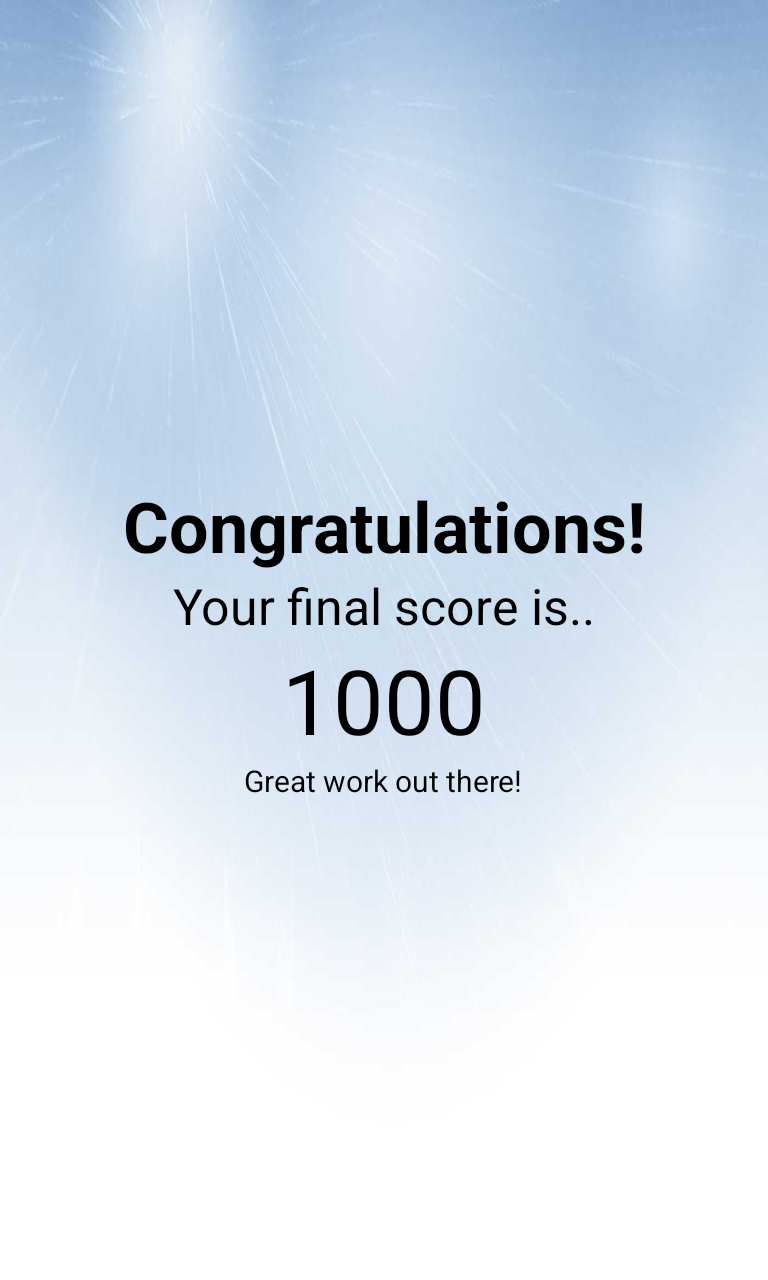
Repository: AGNT/Mobile_application_SU13
Layout: android/Locate/res/layout/activity_final_points.xml
An editor plug-in stored every save of this project. The layout is shown before and after the next save, followed by the edit.
It is drawn on a 768 x 1280 px phone screen (xhdpi) without system bars, with theme AppTheme; the app's code is not run.

Above is the layout before, as saved 2013-08-11 02:56:13.

### android/Locate/res/layout/activity_final_points.xml
<?xml version="1.0" encoding="utf-8"?>
<LinearLayout xmlns:android="http://schemas.android.com/apk/res/android"
    android:layout_width="match_parent"
    android:layout_height="match_parent"
    android:gravity="center"
    android:orientation="vertical"
    android:background="@drawable/achieve" >

    <TextView
        android:layout_width="match_parent"
        android:layout_height="wrap_content"
        android:layout_gravity="center"
        android:gravity="center_horizontal"
        android:text="Congratulations!"
        android:textAppearance="?android:attr/textAppearanceLarge"
        android:textColor="#000000"
        android:textSize="35sp"
        android:textStyle="bold" />

    <TextView
        android:layout_width="wrap_content"
        android:layout_height="wrap_content"
        android:text="Your final score is.."
        android:textAppearance="?android:attr/textAppearanceMedium"
        android:textColor="#000000"
        android:textSize="25sp"
        android:id="@+id/version" />

    <TextView
        android:layout_width="wrap_content"
        android:layout_height="wrap_content"
        android:text="1000"
        android:textAppearance="?android:attr/textAppearanceMedium"
        android:textColor="#000000"
        android:textSize="45sp"
        android:id="@+id/version" />

    <TextView
        android:layout_width="wrap_content"
        android:layout_height="wrap_content"
        android:text="Great work out there!"
        android:textAppearance="?android:attr/textAppearanceMedium"
        android:textColor="#000000"
        android:textSize="15sp"
        android:id="@+id/version" />

</LinearLayout>

Loaded but not shown: android/Locate/res/values/styles.xml (common file); android/Locate/res/values-v11/styles.xml (common file); android/Locate/res/values-v14/styles.xml (common file)

After the next save:
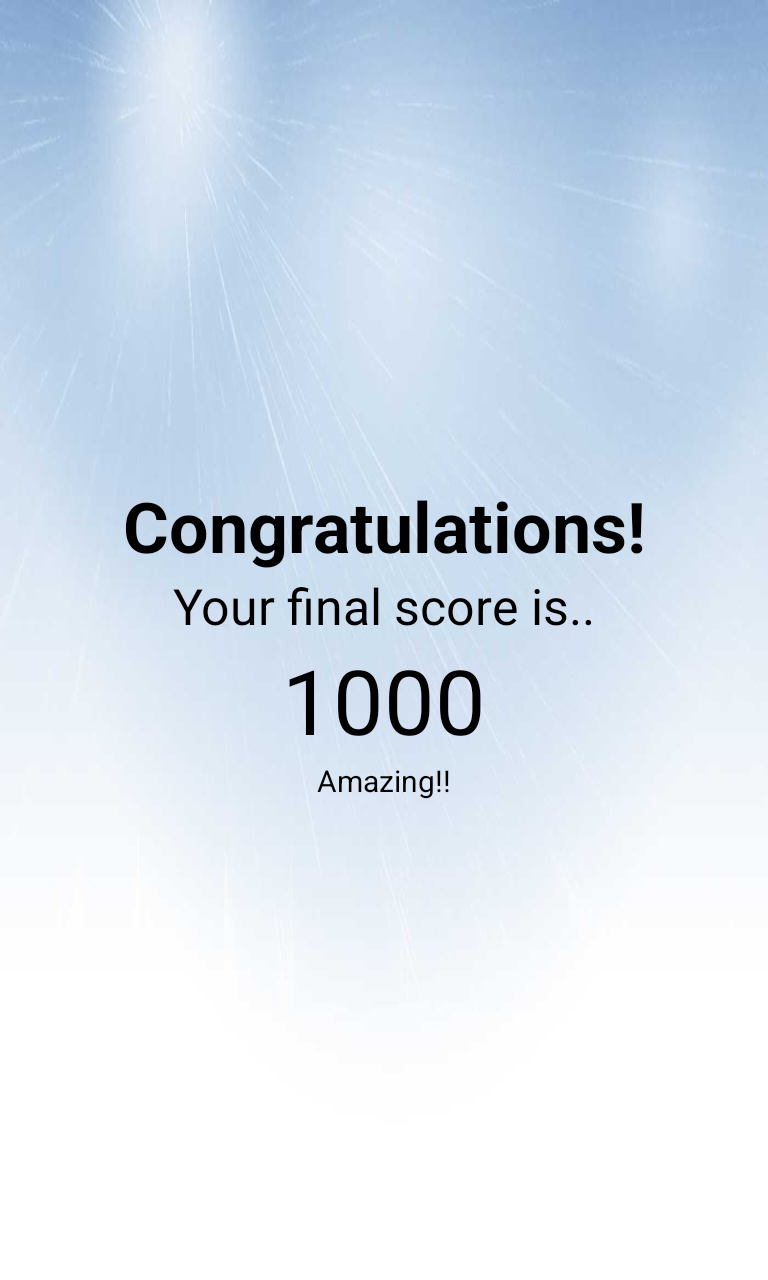
Saved 2 min 45 s later.
--- a/android/Locate/res/layout/activity_final_points.xml
+++ b/android/Locate/res/layout/activity_final_points.xml
@@ -2,9 +2,9 @@
 <LinearLayout xmlns:android="http://schemas.android.com/apk/res/android"
     android:layout_width="match_parent"
     android:layout_height="match_parent"
+    android:background="@drawable/achieve"
     android:gravity="center"
-    android:orientation="vertical"
-    android:background="@drawable/achieve" >
+    android:orientation="vertical" >
 
     <TextView
         android:layout_width="match_parent"
@@ -23,25 +23,23 @@
         android:text="Your final score is.."
         android:textAppearance="?android:attr/textAppearanceMedium"
         android:textColor="#000000"
-        android:textSize="25sp"
-        android:id="@+id/version" />
+        android:textSize="25sp" />
 
     <TextView
+        android:id="@+id/tv_points"
         android:layout_width="wrap_content"
         android:layout_height="wrap_content"
         android:text="1000"
         android:textAppearance="?android:attr/textAppearanceMedium"
         android:textColor="#000000"
-        android:textSize="45sp"
-        android:id="@+id/version" />
+        android:textSize="45sp" />
 
     <TextView
         android:layout_width="wrap_content"
         android:layout_height="wrap_content"
-        android:text="Great work out there!"
+        android:text="Amazing!!"
         android:textAppearance="?android:attr/textAppearanceMedium"
         android:textColor="#000000"
-        android:textSize="15sp"
-        android:id="@+id/version" />
+        android:textSize="15sp" />
 
 </LinearLayout>
